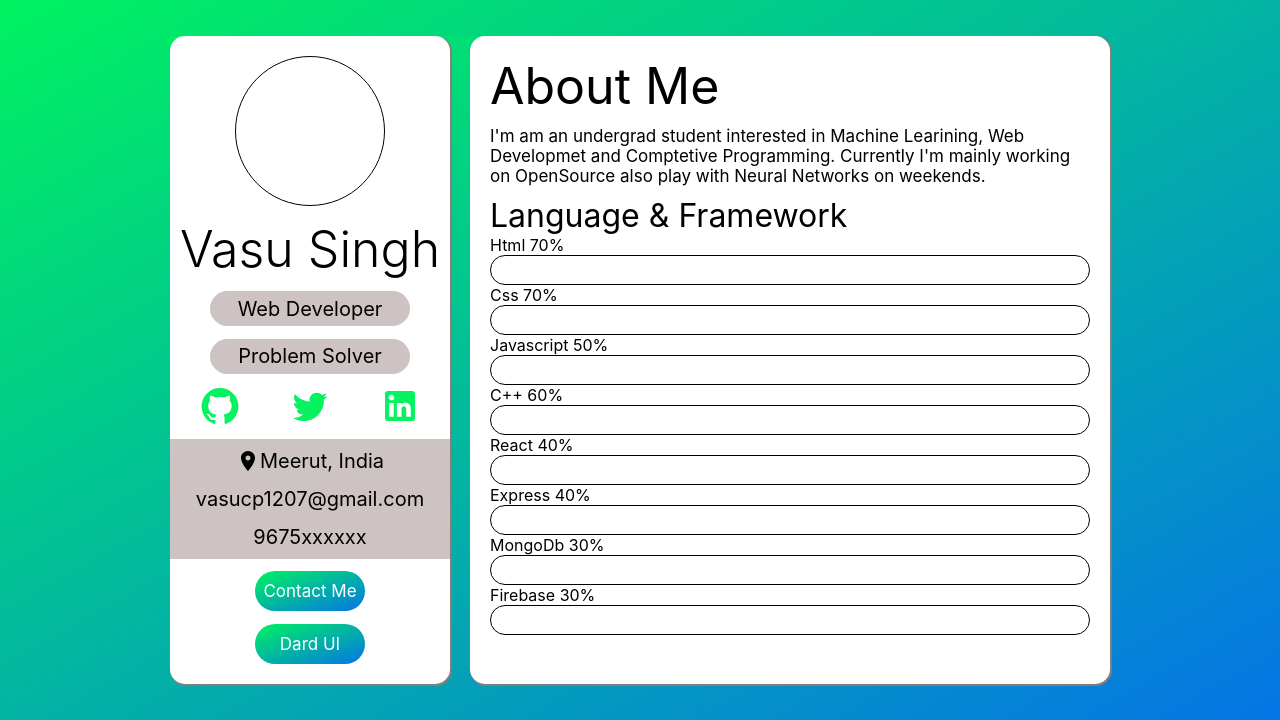
Repository: vasucp1207/grid-port
Page: /about
The author's editor kept a copy of each file at every save. The page is drawn from the files as they stood at one save, then again after the next save.
The browser window is 1280 px wide. The pictures show the whole page.
Some web fonts or font styles are not loaded; a fallback is used. The project was rebuilt for these pictures with package versions that can differ from the ones it lists, and the page was loaded fresh each time. Also part of the build but not shown: src/pages/Home.js, src/pages/Projects.js.

Above is the page before, as saved 2022-08-17 00:02:07.

After the next save:
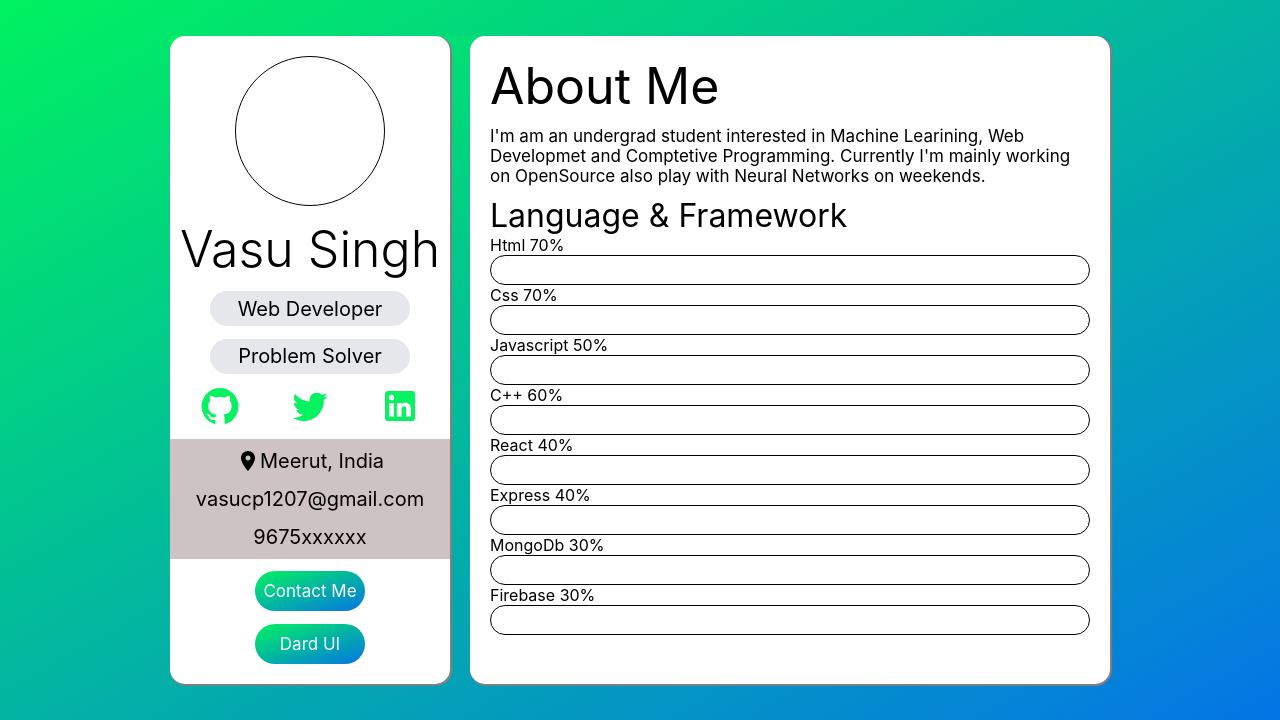
Saved 88 min 34 s later.
--- a/src/pages/AboutMe.js
+++ b/src/pages/AboutMe.js
@@ -111,7 +111,7 @@ const Left = styled.div`
 
     .sim-btn{
         font-size: 20px;
-        background: rgb(205, 195, 195);;
+        background: rgb(229,231,235);;
         width: 200px;
         height: 35px;
         border-radius: 9999px;
